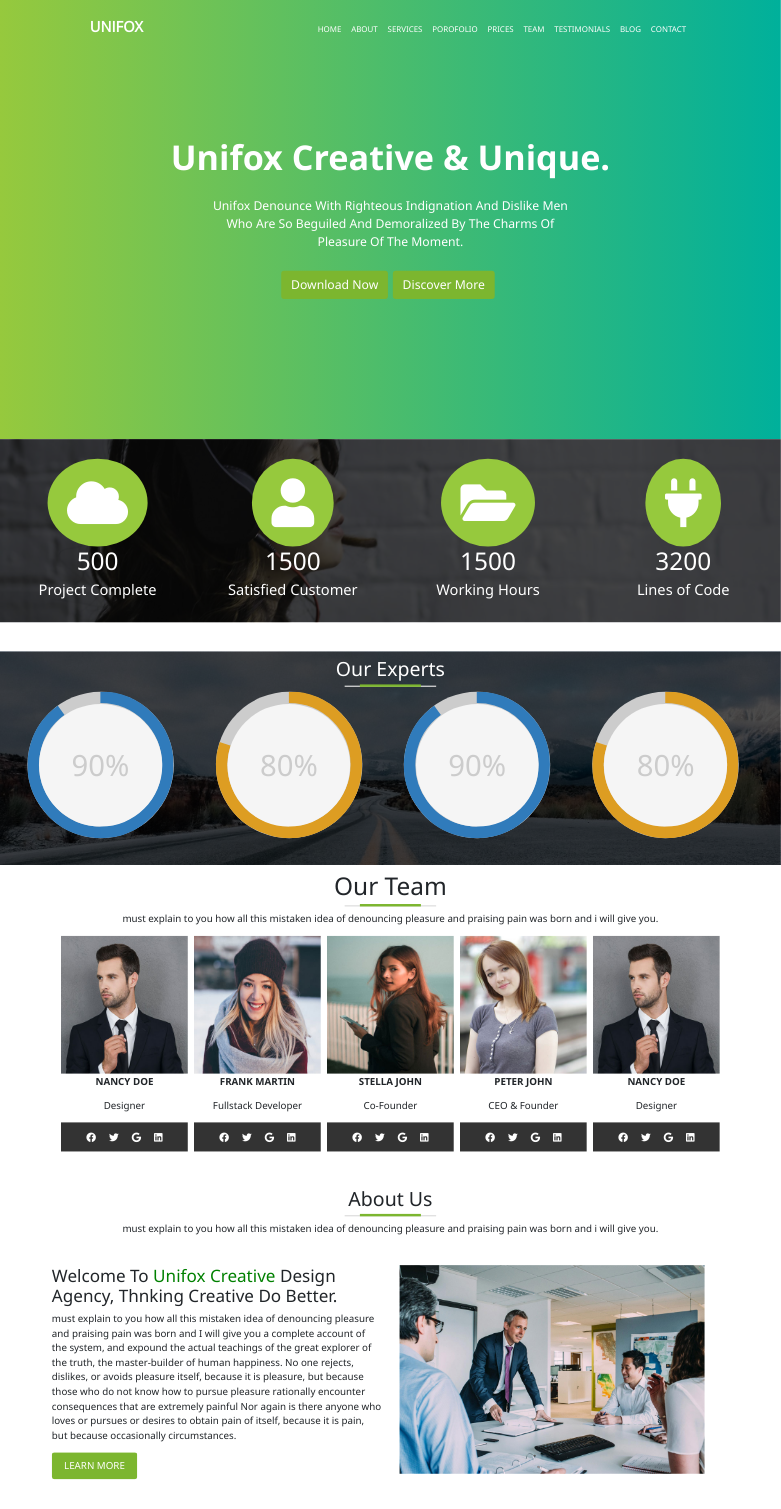
Repository: ibrkhalil/Uniforce-First-Attempt
Page: index.html
The author's editor kept a copy of each file at every save. The page is drawn from the files as they stood at one save, then again after a run of saves.
The browser window is 1280 px wide. The pictures show the whole page, at 61% of full size.
Backgrounds fixed to the window are drawn as part of the page.

Above is the page before, as saved 2021-01-24 02:38:05.

After the next 3 saves:
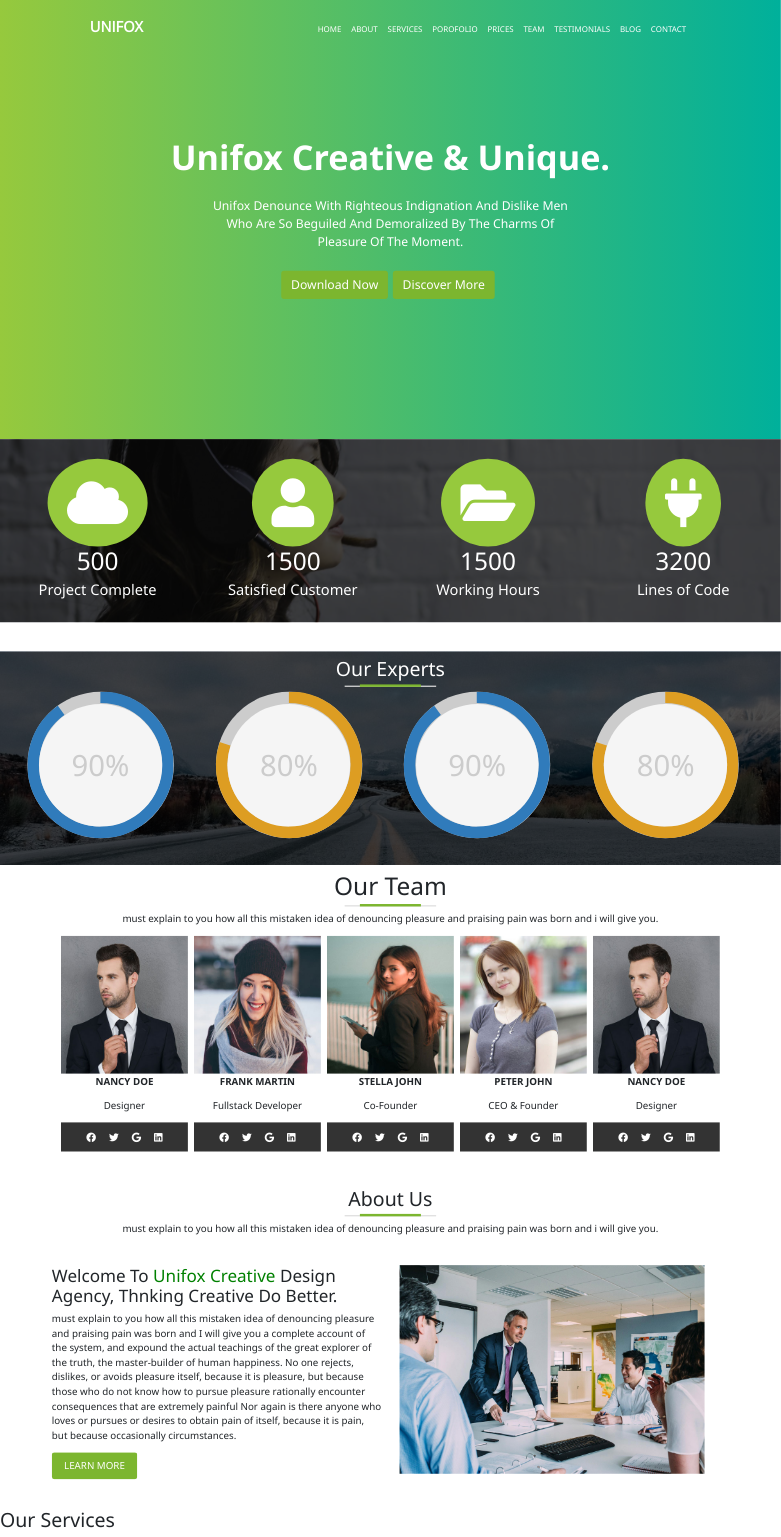
The 3 saves are shown as one change because they came seconds apart.
The last was saved 11 s later.
--- a/index.html
+++ b/index.html
@@ -290,7 +290,9 @@
             </section>
 
             <section class="our-services">
-                <h2></h2>
+                <h2 class="our-services-word">
+                    Our Services
+                </h2>
             </section>
 
 
